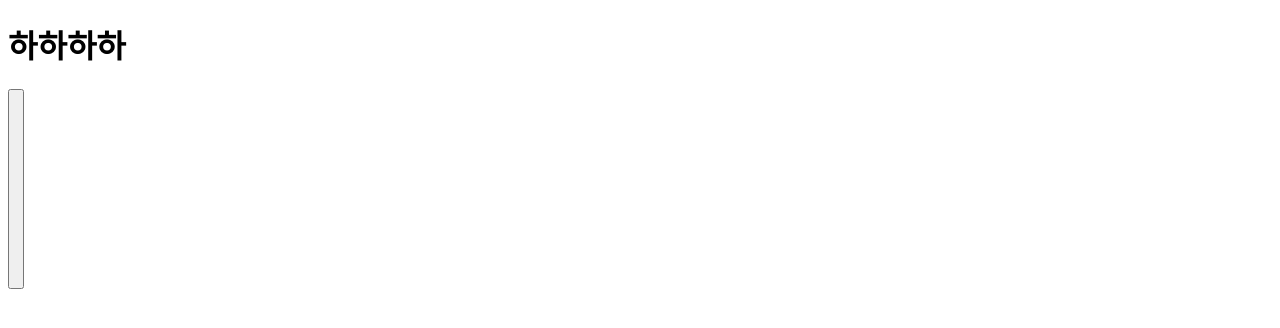
Repository: jun01270/F-E-practice
Page: index.html
The author's editor kept a copy of each file at every save. The page is drawn from the files as they stood at one save, then again after the next save.
The browser window is 1280 px wide. The pictures show the whole page.

Above is the page before, as saved 2022-12-12 19:16:58.

After the next save:
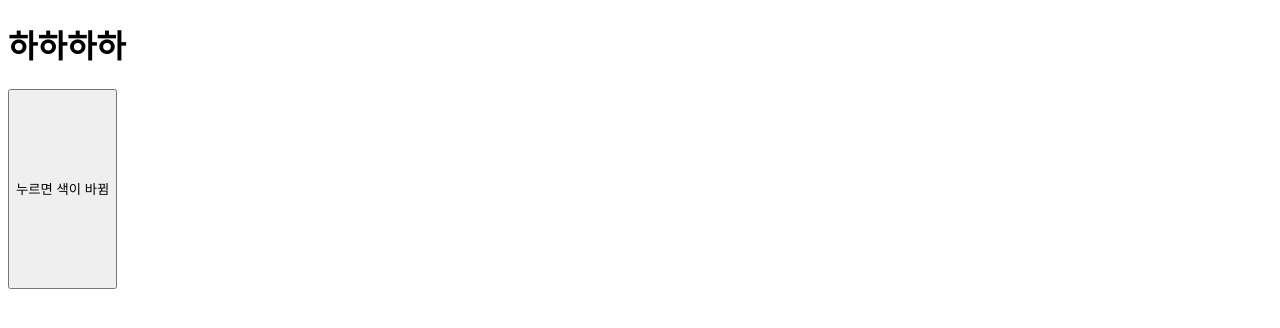
Saved 14 s later.
--- a/index.html
+++ b/index.html
@@ -10,7 +10,7 @@
   <body>
     <div class="first">
       <h1 id="laugh">HAHAHAHAHA</h1>
-      <button class="Boom"></button>
+      <button class="Boom">누르면 색이 바뀜</button>
     </div>
     <script src="app.js"></script>
   </body>
